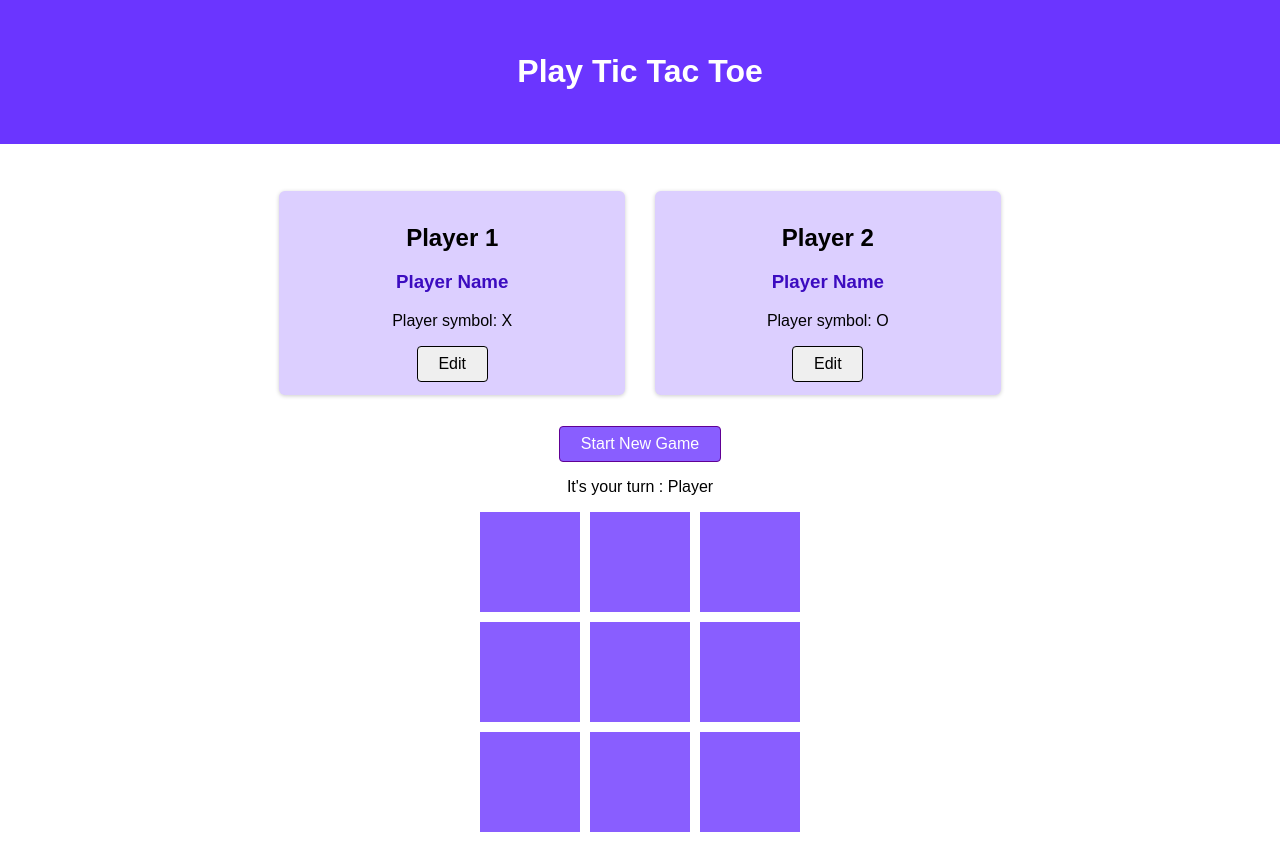
Repository: Harjot00/Wevdev
Page: Tic tac toe/index.html
An editor plug-in stored every save of this project. The page is shown before and after the next save, followed by the edit.
The browser window is 1280 px wide. The pictures show the whole page.
Some web fonts or font styles are not loaded; a fallback is used.

Above is the page before, as saved 2022-05-21 19:16:14.

### Tic tac toe/index.html
<!DOCTYPE html>
<html lang="en">
<head>
    <meta charset="UTF-8">
    <meta http-equiv="X-UA-Compatible" content="IE=edge">
    <meta name="viewport" content="width=device-width, initial-scale=1.0">
    <link rel="stylesheet" href="styles.css">
    <link href="https://fonts.googleapis.com/css2?family=Roboto:wght@100&family=Send+Flowers&display=swap" rel="stylesheet">
    <title>Tic Tac Toe</title>

</head>
<body>
    <header>
        <h1>Play Tic Tac Toe</h1>

    </header>
    <main>
        <aside>
            <h2>Choose your name</h2>
            <form >
                <div>
                    <label for = "playername">Player name</label>
                    <input type="text" name="username" id="username"/>

                </div>
                <div >
                    <button class="btn-class" type="button"> Cancel</button>
                    <button class="btn-class" type="submit">Confirm</button>
                </div>
            </form>
        </aside>
        <div id="gamestyle">
            <ol>
                <li>
                    <h2>Player 1</h2>
                    <h3>Player Name</h3>
                    <p>Player symbol: X</p>
                    <button class="btn-class">Edit</button>
                </li>
                <li>
                    <h2>Player 2</h2>
                    <h3>Player Name</h3>
                    <p>Player symbol: O</p>
                    <button class="btn-class">Edit</button>
                </li>
            </ol>
            <button id="start-btn">Start New Game</button>
        </div>
         <section id="active-game">
             <p >It's your turn : Player</p>
             <ol class="game-board">
                 <li></li>
                 <li></li>
                 <li></li>
                 <li></li>
                 <li></li>
                 <li></li>
                 <li></li>
                 <li></li>
                 <li></li>
             </ol>
         </section>
    </main>

</body>
</html>

### Tic tac toe/styles.css
@import url('https://fonts.googleapis.com/css2?family=Roboto:wght@100&family=Send+Flowers&display=swap');
body{
    font-family: 'Montserrat', sans-serif;
    margin: 0;
    padding: 0;
}
header{
    background-color: #6b35ff;
    margin:0 0 2rem 0;
    padding: 2rem 0;
    color:white;
    text-align: center;
}
aside {
    text-align: center;
    margin:1rem auto;
    width:60vw;
    color:white;
    padding:0.8rem;
    background-color:#6b35ff;
    overflow: wrapped;
    border-radius: 6px;
    display:none;
}
aside h2{
    margin:0.7rem 0;
}
aside input {
    display:block;
    margin:1rem auto;
    height:1.6rem;
    width:50%;
}
.btn-class{
    padding:0.5rem 1.3rem;
    font-size:1rem;
    border:1px solid black;
    border-radius: 4px;
}

#btn-div button:hover{
    background-color: #895eff;
    color:white;
    border-color: #441daf;
    cursor: pointer;
}
#gamestyle ol{
    display:flex;
    list-style: none;
    padding:0px;
    justify-content: center;
}
#gamestyle li{
    padding:0.8rem;
    margin: 15px;
    width:25%;
    background-color: #dccfff;
    text-align:center;
    border-radius: 6px;
    box-shadow: rgba(0, 0, 0, 0.2) 0px 1px 4px;

}
#gamestyle li h3{
    color:#3c0cc0;
}
#start-btn{
    padding:0.5rem 1.3rem;
    font-size:1rem;
    border:1px solid rgb(96, 0, 148);
    border-radius: 4px;
    background-color:#895eff;
    color:white;
    margin:0 auto;
    display:block;


}
#start-btn:hover{
    cursor: pointer;
    background-color:#6430f4
}
.game-board{
    list-style: none;
    display:grid;
    grid-template-columns: repeat(3,100px);
    grid-template-rows: repeat(3,100px);
    justify-content: center;
    padding:0;
    gap:10px;

}
.game-board li {
    background-color:#895eff;
}
section{
    text-align: center;
}

After the next save:
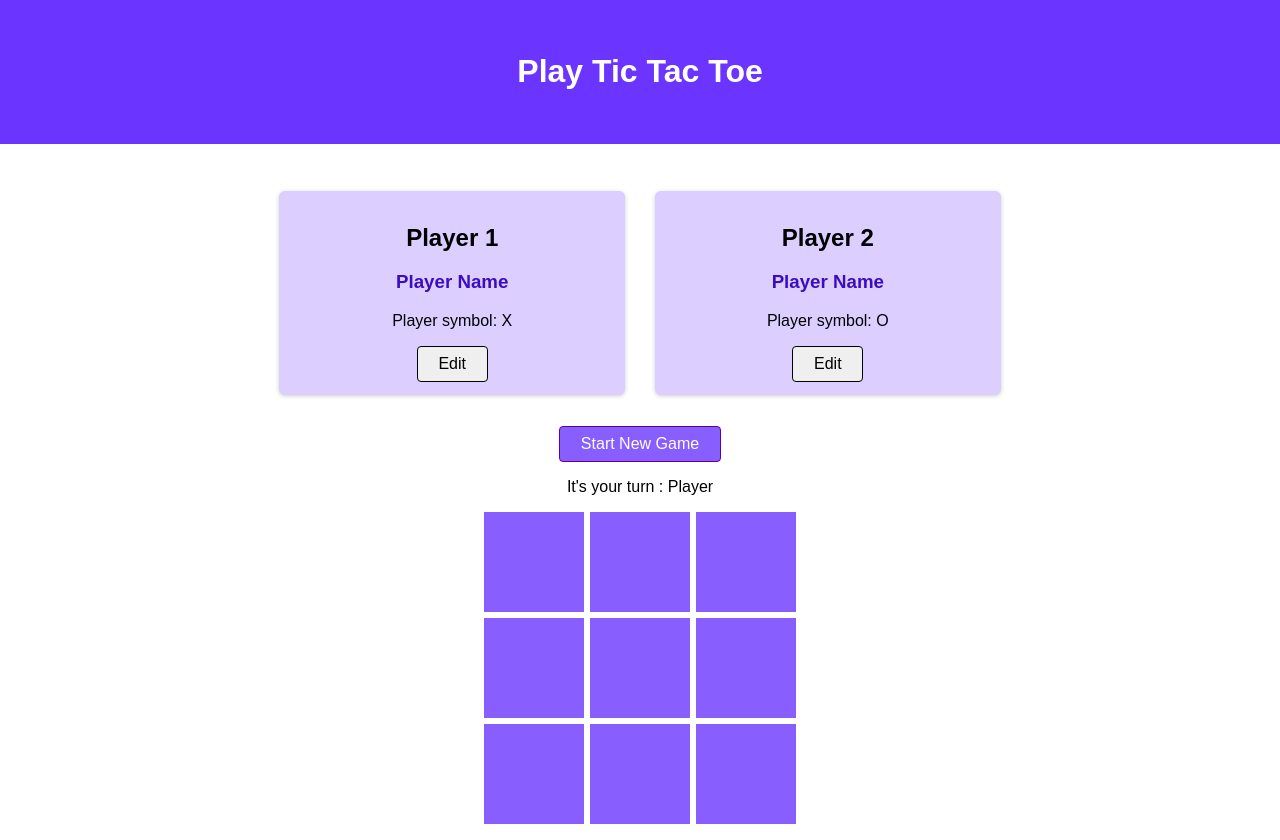
Saved 8 s later.
--- a/Tic tac toe/styles.css
+++ b/Tic tac toe/styles.css
@@ -86,7 +86,7 @@ aside input {
     grid-template-rows: repeat(3,100px);
     justify-content: center;
     padding:0;
-    gap:10px;
+    gap:6px;
 
 }
 .game-board li {
